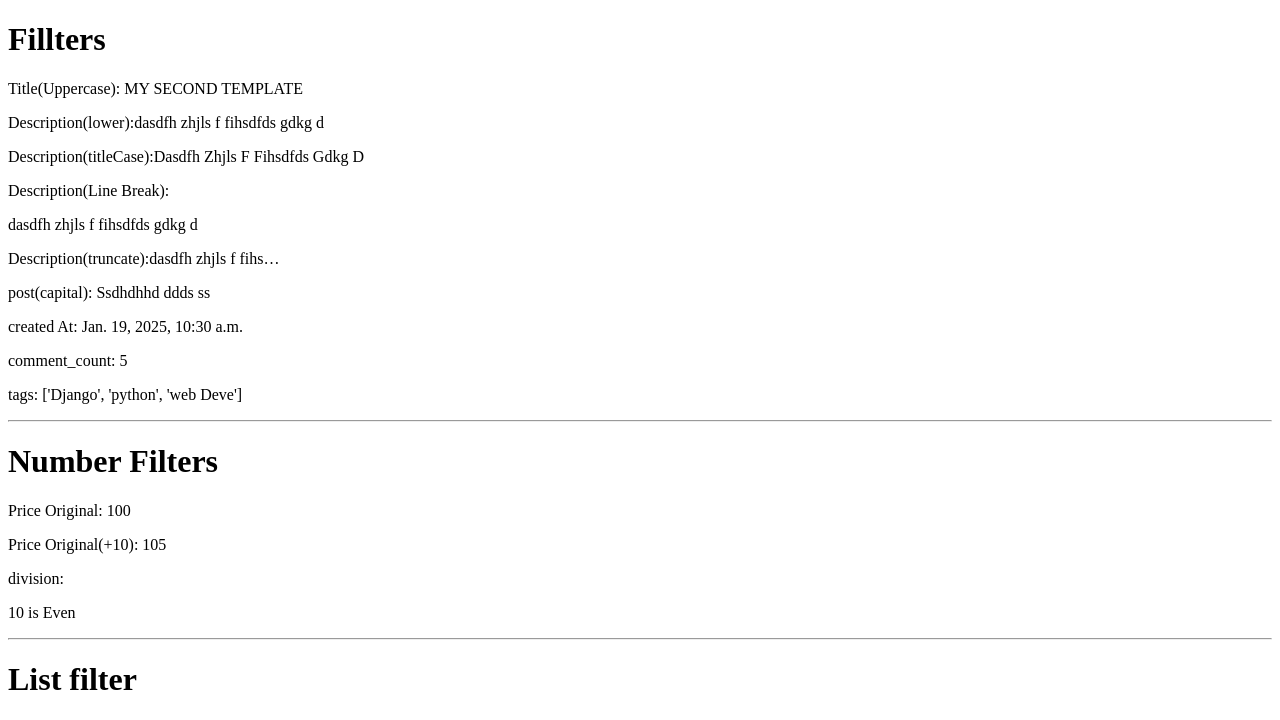
Repository: samratpoudel444/MVT-python
Page: http://localhost/home/
These files come from the project's save history. The page is drawn as it stood at one moment and after the next save; the edit follows.
The browser window is 1280 px wide. The pictures show the whole page.
The page is served by the project's application, run on Django 5.2 (templatesFilters/manage.py).

Above is the page before, as saved 2025-12-23 14:15:15.

After the next save:
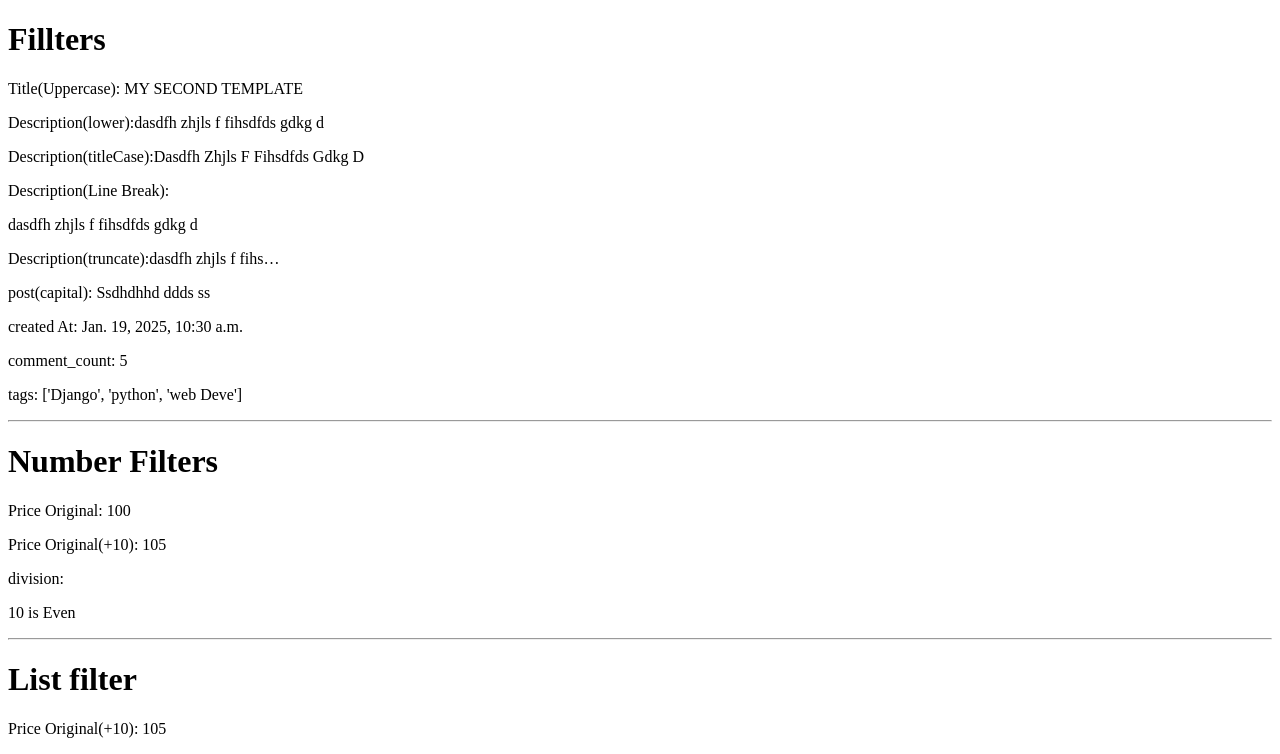
Saved 6 s later.
--- a/templatesFilters/blog/templates/blog/home.html
+++ b/templatesFilters/blog/templates/blog/home.html
@@ -32,6 +32,6 @@
 
     <hr>
     <h1>List filter</h1>
-
+ <p>Price Original(+10): {{post.price | add:5}}</p>
 </body>
 </html>
